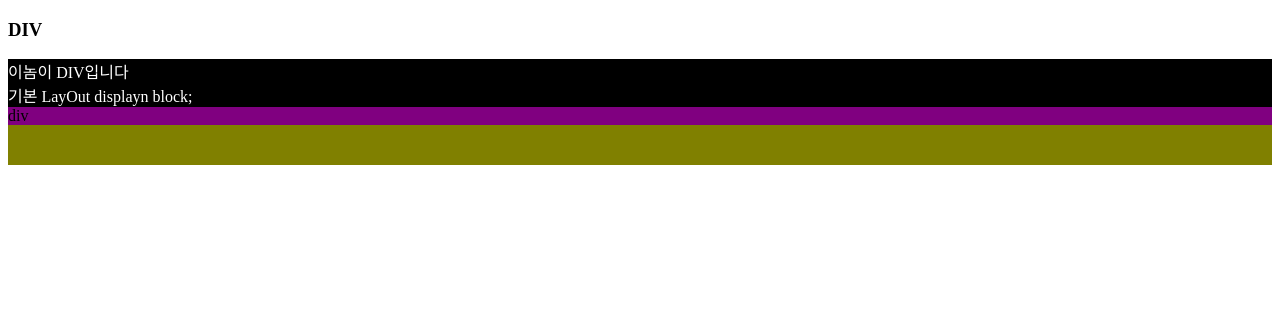
Repository: poomshen/team_03_project2
Page: WebBasic/WebContent/Ex14_Basic_Div.html
The author's editor kept a copy of each file at every save. The page is drawn from the files as they stood at one save, then again after the next save.
The browser window is 1280 px wide. The pictures show the whole page.

Above is the page before, as saved 2016-08-29 01:46:33.

After the next save:
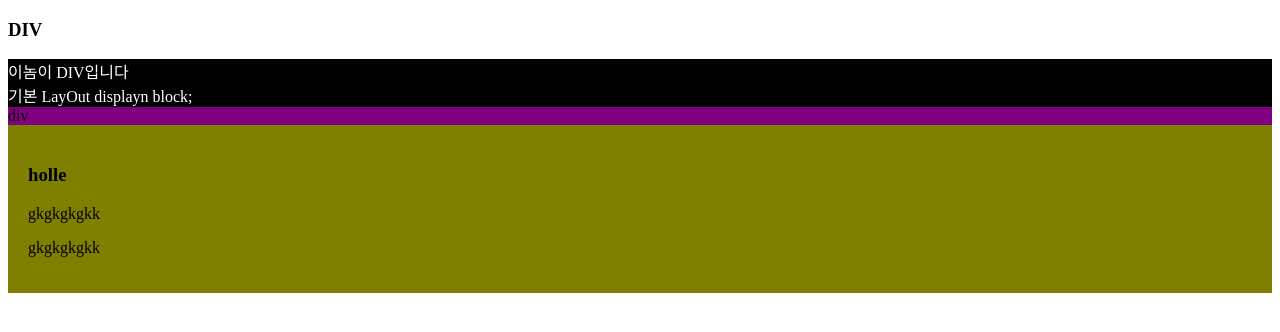
Saved 32 s later.
--- a/WebBasic/WebContent/Ex14_Basic_Div.html
+++ b/WebBasic/WebContent/Ex14_Basic_Div.html
@@ -13,7 +13,11 @@
 	</div>
 	<div style="background-color: purple;">div</div>
 
-	<div style="background-color: olive;  padding: 20px;"> </div>
+	<div style="background-color: olive;  padding: 20px;">
+	 <h3>holle</h3>
+	<p>gkgkgkgkk</p>
+	<p>gkgkgkgkk</p>
+	</div>
 
 </body>
 </html>
